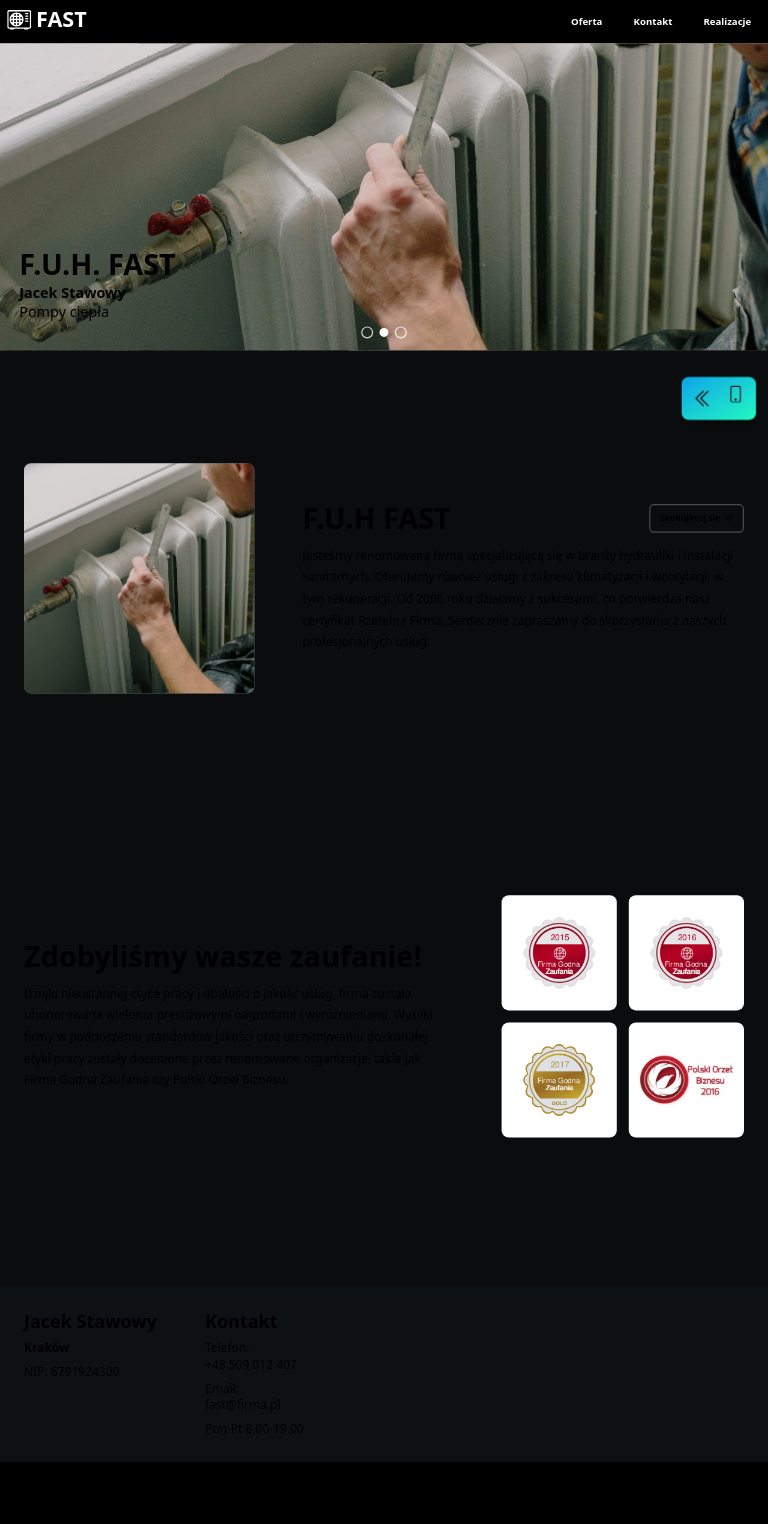
Repository: piotrokrutniak/Fast-CompanyWebsite
Page: /
The author's editor kept a copy of each file at every save. The page is drawn from the files as they stood at one save, then again after the next save.
The browser window is 1280 px wide. The pictures show the whole page, at 60% of full size.
The project was rebuilt for these pictures with package versions that can differ from the ones it lists, and the page was loaded fresh each time. The framework's server and built-in components were replaced by stand-ins that run in the browser. Also part of the build but not shown: next.config.js, src/app/components/common/carousel.js.

Above is the page before, as saved 2023-10-21 13:29:00.

After the next save:
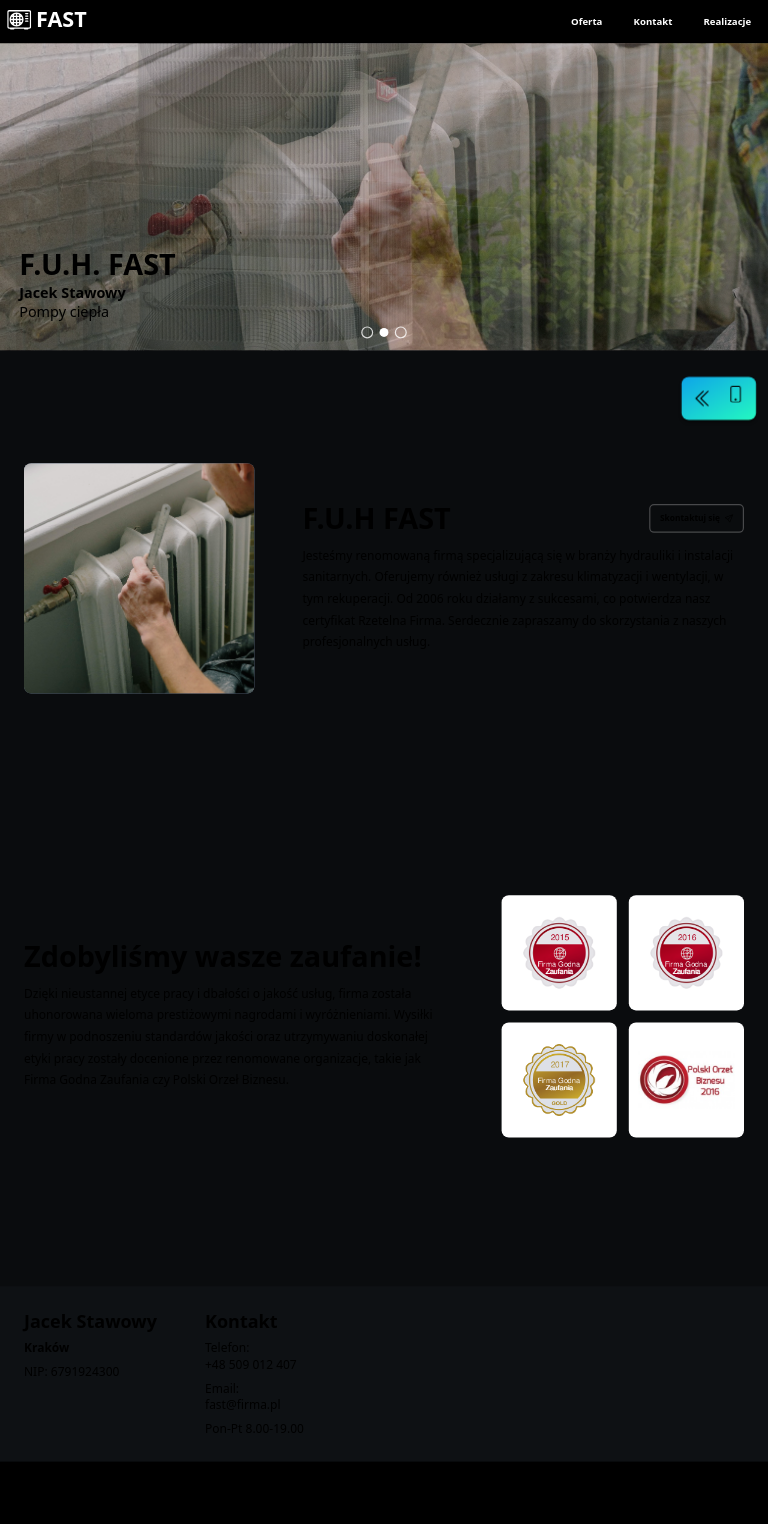
Saved 28 s later.
--- a/src/app/components/common/carouselSlider.js
+++ b/src/app/components/common/carouselSlider.js
@@ -93,7 +93,7 @@ function CarouselPanel({image, index}){
     console.log(index)
     return (
         <div className={`w-full h-full absolute left-[${index * 100}%] `}>
-            <Image src={image.img} alt={image.desc} layout='fill' objectFit='cover' className="h-full"/>
+            <Image src={image.img} alt={image.desc} layout='fill' objectFit='cover' className="h-full opacity-60"/>
         </div>
         )
 }
